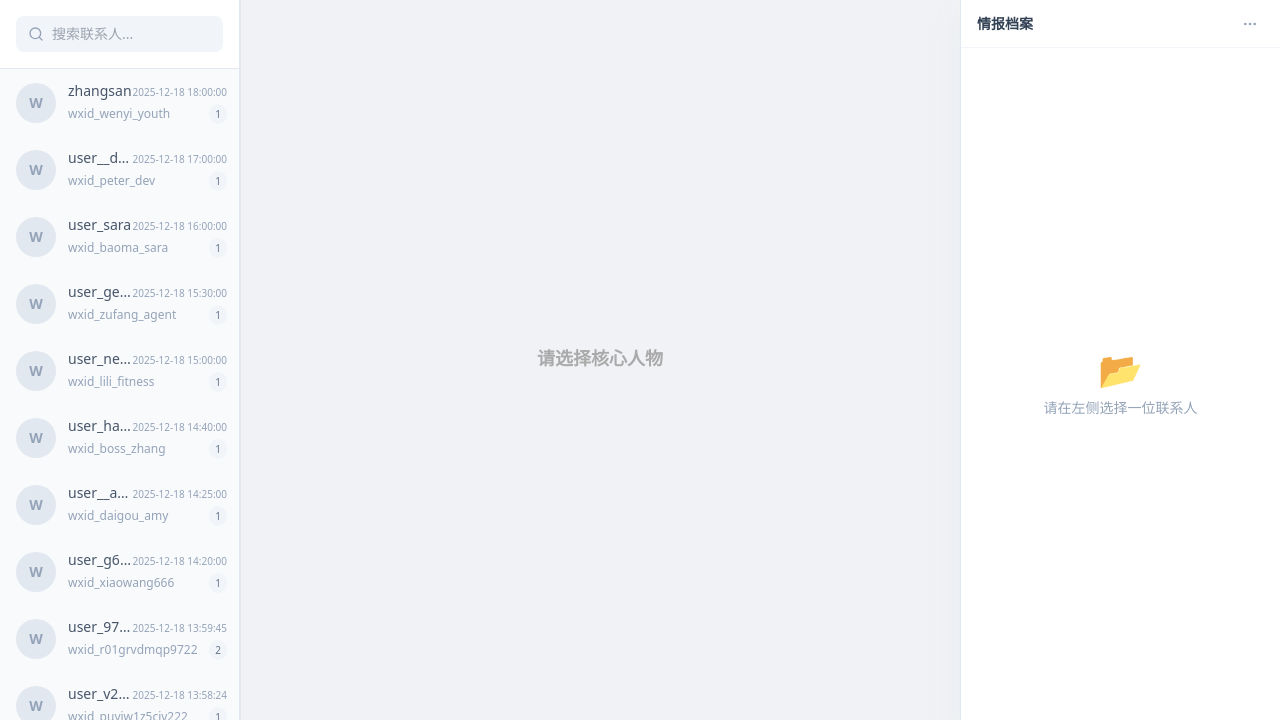
Repository: j76m8bhfny-a11y/wechatGalaxy
Page: / (app in client-radar/)
These files come from the project's save history. The page is drawn as it stood at one moment and after the next save; the edit follows.
The browser window is 1280 px wide. The pictures show the whole page.
The project was rebuilt for these pictures with package versions that can differ from the ones it lists, and the page was loaded fresh each time. Also part of the build but not shown: client-radar/vite.config.ts.

Above is the page before, as saved 2025-12-19 13:56:04.

### client-radar/src/main.ts
import { createApp } from "vue";
import { createPinia } from "pinia";
import App from "./App.vue";

// 👇 关键：必须引入这个 CSS 文件！
// 如果你的 CSS 文件在 src/assets/main.css，就写 import "./assets/main.css";
import "./style.css";

const app = createApp(App);
app.use(createPinia()); // 👈 挂载
app.mount("#app");

### client-radar/src/App.vue
<script setup lang="ts">
import { ref } from 'vue';
import Sidebar from "./components/Sidebar.vue";
import Feed from "./components/Feed.vue"; // 👈 新增引入
import GraphLens from "./components/GraphLens.vue";
import { Share2 } from "lucide-vue-next";

// === 1. 状态管理：左右两栏的宽度 ===
const leftWidth = ref(240);
const rightWidth = ref(320);

// 定义最小和最大宽度
const MIN_LEFT = 200;
const MAX_LEFT = 400;
const MIN_RIGHT = 280;
const MAX_RIGHT = 600; // 右侧最大宽度稍微放宽一点，方便看图

// === 2. 核心拖拽逻辑 (保持不变) ===
const isDragging = ref(false);

const startResize = (direction: 'left' | 'right', startEvent: MouseEvent) => {
  startEvent.preventDefault();
  isDragging.value = true;

  const startX = startEvent.clientX;
  const startWidth = direction === 'left' ? leftWidth.value : rightWidth.value;

  const onMouseMove = (moveEvent: MouseEvent) => {
    const deltaX = moveEvent.clientX - startX;

    if (direction === 'left') {
      const newWidth = startWidth + deltaX;
      if (newWidth >= MIN_LEFT && newWidth <= MAX_LEFT) {
        leftWidth.value = newWidth;
      }
    } else {
      const newWidth = startWidth - deltaX;
      if (newWidth >= MIN_RIGHT && newWidth <= MAX_RIGHT) {
        rightWidth.value = newWidth;
      }
    }
  };

  const onMouseUp = () => {
    isDragging.value = false;
    document.removeEventListener('mousemove', onMouseMove);
    document.removeEventListener('mouseup', onMouseUp);
    document.body.style.cursor = '';
  };

  document.addEventListener('mousemove', onMouseMove);
  document.addEventListener('mouseup', onMouseUp);
  document.body.style.cursor = 'col-resize';
};
</script>

<template>
  <div class="flex h-screen w-screen overflow-hidden bg-[#F3F3F3] text-slate-800 font-sans text-sm">

    <div :style="{ width: leftWidth + 'px' }" class="shrink-0 flex flex-col h-full relative">
      <Sidebar />
    </div>

    <div
      class="w-1 hover:w-1.5 h-full cursor-col-resize z-50 flex justify-center items-center group -ml-0.5 hover:bg-blue-500/10 transition-colors"
      @mousedown="(e) => startResize('left', e)"
    >
      <div class="w-[1px] h-full bg-slate-200 group-hover:bg-blue-400 transition-colors"></div>
    </div>

    <main class="flex-1 flex flex-col relative overflow-hidden bg-[#F0F2F5]">
      <GraphLens />
    </main>

    <div
      class="w-1 hover:w-1.5 h-full cursor-col-resize z-50 flex justify-center items-center group -mr-0.5 hover:bg-blue-500/10 transition-colors"
      @mousedown="(e) => startResize('right', e)"
    >
      <div class="w-[1px] h-full bg-slate-200 group-hover:bg-blue-400 transition-colors"></div>
    </div>

    <aside
      :style="{ width: rightWidth + 'px' }"
      class="bg-white border-l border-slate-200 flex flex-col shrink-0 z-10 shadow-xl shadow-slate-200/50"
    >
      <Feed />
    </aside>

  </div>
</template>

<style>
body {
  margin: 0;
  font-family: 'Microsoft YaHei UI', 'Segoe UI', system-ui, sans-serif;
  -webkit-font-smoothing: antialiased;
}
</style>

### client-radar/src/components/Sidebar.vue
<script setup lang="ts">
import { useMomentsStore } from '../stores/moments';
import { useContactsStore } from '../stores/contacts'; // 👈 1. 引入联系人仓库
import { Search } from 'lucide-vue-next';

const store = useMomentsStore();
const contactStore = useContactsStore(); // 👈 2. 启用

const selectContact = (wxid: string) => {
  store.selectedWxid = wxid;
  // 切换联系人时，同时也清空筛选状态，避免逻辑混乱
  store.filterWxid = '';
};
</script>

<template>
  <div class="flex flex-col h-full bg-slate-50 border-r border-slate-200">
    <div class="p-4 border-b border-slate-200 bg-white">
      <div class="relative">
        <Search class="absolute left-3 top-2.5 h-4 w-4 text-slate-400" />
        <input
          type="text"
          placeholder="搜索联系人..."
          class="w-full pl-9 pr-4 py-2 bg-slate-100 border-none rounded-lg text-sm focus:ring-2 focus:ring-blue-500 outline-none transition-all"
        />
      </div>
    </div>

    <div class="flex-1 overflow-y-auto scrollbar-hide">
      <div
        v-for="contact in store.contacts"
        :key="contact.id"
        @click="selectContact(contact.id)"
        :class="['flex items-center p-3 cursor-pointer transition-colors hover:bg-white',
          store.selectedWxid === contact.id ? 'bg-white border-l-4 border-blue-500 shadow-sm' : 'border-l-4 border-transparent text-slate-500']"
      >
        <div :class="['w-10 h-10 rounded-full flex items-center justify-center text-sm font-bold mr-3 shrink-0 transition-colors',
          store.selectedWxid === contact.id ? 'bg-blue-100 text-blue-600' : 'bg-slate-200 text-slate-400']">
          {{ contact.avatar }}
        </div>

        <div class="flex-1 min-w-0">
          <div class="flex justify-between items-baseline mb-0.5">
            <span :class="['font-medium truncate text-sm', store.selectedWxid === contact.id ? 'text-slate-800' : 'text-slate-600']">
              {{ contactStore.getDisplayName(contact.id) }}
            </span>
            <span class="text-[10px] text-slate-400 shrink-0">{{ contact.latestDate }}</span>
          </div>
          <div class="flex justify-between items-center text-xs">
            <span class="truncate text-slate-400 pr-2">
              {{ contact.id }} </span>
            <span class="bg-slate-100 text-slate-500 px-1.5 py-0.5 rounded-full text-[10px] font-medium">
              {{ contact.momentCount }}
            </span>
          </div>
        </div>
      </div>
    </div>
  </div>
</template>

<style scoped>
.scrollbar-hide::-webkit-scrollbar {
  display: none;
}
.scrollbar-hide {
  -ms-overflow-style: none;
  scrollbar-width: none;
}
</style>

### client-radar/src/components/GraphLens.vue
<script setup lang="ts">
import { computed } from 'vue';
import { useMomentsStore, type Moment } from '../stores/moments';
import { useContactsStore } from '../stores/contacts'; // 引入新仓库
import { use } from 'echarts/core';
import { CanvasRenderer } from 'echarts/renderers';
import { GraphChart } from 'echarts/charts';
import { TitleComponent, TooltipComponent, LegendComponent } from 'echarts/components';
import VChart from 'vue-echarts';

use([CanvasRenderer, GraphChart, TitleComponent, TooltipComponent, LegendComponent]);

const store = useMomentsStore();
const contactStore = useContactsStore(); // 启用新仓库

// --- 核心算法 ---
const chartOption = computed(() => {
  const centerId = store.selectedWxid;
  if (!centerId) {
    return { title: { text: '请选择核心人物', left: 'center', top: 'center', textStyle: { color: '#aaa' } } };
  }

  // 1. 构建图谱
  const globalGraph = new Map<string, Set<string>>();
  const edgeWeights = new Map<string, number>();

  const addEdge = (u: string, v: string) => {
    if (u === v) return;
    if (!globalGraph.has(u)) globalGraph.set(u, new Set());
    if (!globalGraph.has(v)) globalGraph.set(v, new Set());
    globalGraph.get(u)!.add(v);
    globalGraph.get(v)!.add(u);

    const key = u < v ? `${u}-${v}` : `${v}-${u}`;
    edgeWeights.set(key, (edgeWeights.get(key) || 0) + 1);
  };

  const moments = store.moments || [];
  moments.forEach((m: Moment) => {
    const author = m.author_wxid;
    if (m.interactions?.likes) {
      m.interactions.likes.forEach(user => { if (user.wxid) addEdge(author, user.wxid); });
    }
    if (m.interactions?.comments) {
      m.interactions.comments.forEach(comment => { if (comment.wxid) addEdge(author, comment.wxid); });
    }
  });

  // 2. BFS
  const MAX_LEVEL = 6;
  const MAX_NODES = 150;
  const visited = new Map<string, number>();
  const queue: { id: string, level: number }[] = [];

  queue.push({ id: centerId, level: 0 });
  visited.set(centerId, 0);
  const validNodeIds = new Set<string>();

  while (queue.length > 0) {
    const { id, level } = queue.shift()!;
    if (validNodeIds.size >= MAX_NODES) break;
    validNodeIds.add(id);

    if (level < MAX_LEVEL) {
      const neighbors = globalGraph.get(id);
      if (neighbors) {
        neighbors.forEach(neighborId => {
          if (!visited.has(neighborId)) {
            visited.set(neighborId, level + 1);
            queue.push({ id: neighborId, level: level + 1 });
          }
        });
      }
    }
  }

  // 3. 生成数据
  const resultNodes: any[] = [];
  const resultLinks: any[] = [];

  validNodeIds.forEach(id => {
    const level = visited.get(id)!;
    const isCenter = level === 0;
    const isSelected = store.filterWxid === id;

    let size = 15;
    if (level === 0) size = 65;
    else if (level === 1) size = 45;
    else if (level === 2) size = 28;

    // ✅ 关键：使用 Store 获取真名
    const displayName = contactStore.getDisplayName(id);

    resultNodes.push({
      id: id,
      name: displayName, // ECharts 显示的名字
      originalId: id,    // 原始 ID
      symbolSize: size,
      value: `Level ${level}`,
      category: level,
      label: {
        show: level <= 1 || isSelected,
        fontSize: isCenter ? 12 : 10,
        fontWeight: isCenter ? 'bold' : 'normal',
        color: isCenter ? '#fff' : '#333'
      },
      itemStyle: {
        color: isSelected ? '#f97316' : null,
        shadowBlur: isSelected ? 10 : 0,
        shadowColor: '#f97316'
      }
    });
  });

  // 4. 生成连线
  const linkSet = new Set<string>();
  validNodeIds.forEach(source => {
    const neighbors = globalGraph.get(source);
    if (neighbors) {
      neighbors.forEach(target => {
        if (validNodeIds.has(target)) {
          const key = source < target ? `${source}-${target}` : `${target}-${source}`;
          if (!linkSet.has(key)) {
            linkSet.add(key);
            const weight = edgeWeights.get(key) || 1;
            const lineWidth = Math.min(1 + (weight - 1) * 0.5, 6);
            const opacity = Math.min(0.3 + (weight * 0.1), 1);

            resultLinks.push({
              source, target,
              lineStyle: { width: lineWidth, opacity: opacity, curveness: 0.1, color: '#64748b' },
              value: weight
            });
          }
        }
      });
    }
  });

  return {
    color: ['#1e40af', '#3b82f6', '#93c5fd', '#94a3b8', '#94a3b8', '#94a3b8'],
    tooltip: { trigger: 'item' },
    legend: { show: true, bottom: 5, data: ['核心 (You)', '1级好友', '2级人脉', '3级+ 路人'], textStyle: { color: '#666', fontSize: 10 } },
    series: [
      {
        type: 'graph',
        layout: 'force',
        data: resultNodes,
        links: resultLinks,
        categories: [{ name: '核心 (You)' }, { name: '1级好友' }, { name: '2级人脉' }, { name: '3级+ 路人' }, { name: '3级+ 路人' }, { name: '3级+ 路人' }],
        roam: true,
        draggable: true,
        force: { repulsion: 200, gravity: 0.08, edgeLength: [40, 100], layoutAnimation: true },
        emphasis: { focus: 'adjacency', lineStyle: { width: 4, color: '#f59e0b', opacity: 1 } }
      }
    ]
  };
});

// --- 交互逻辑 ---
const handleNodeClick = (params: any) => {
  if (params.dataType === 'node') {
    const clickedWxid = params.data.originalId;
    if (clickedWxid === store.selectedWxid || clickedWxid === store.filterWxid) {
      store.filterWxid = '';
    } else {
      store.filterWxid = clickedWxid;
    }
  }
};

const handleBlankClick = () => {
  if (store.filterWxid) store.filterWxid = '';
};
</script>

<template>
  <div class="w-full h-full relative bg-[#F0F2F5] flex flex-col overflow-hidden">
    <div v-if="store.selectedWxid" class="absolute top-3 left-3 z-10 pointer-events-none select-none">
      <div class="bg-white/90 backdrop-blur px-3 py-2 rounded-lg border border-slate-200 shadow-sm">
        <div class="text-[10px] text-slate-400 font-bold uppercase tracking-wider">FILTER MODE</div>
        <div class="text-sm font-bold text-slate-800 truncate max-w-[150px]">{{ contactStore.getDisplayName(store.selectedWxid) }}</div>

        <div v-if="store.filterWxid" class="mt-1 flex items-center space-x-1 animate-pulse">
           <span class="text-[10px] text-orange-500 font-bold">🔍 仅显示与 {{ contactStore.getDisplayName(store.filterWxid) }} 的互动</span>
        </div>
        <div v-else class="mt-1 text-[10px] text-slate-400">
           显示全部动态
        </div>
      </div>
    </div>

    <v-chart
      class="chart-canvas"
      :option="chartOption"
      autoresize
      @click="handleNodeClick"
      @zr:click="handleBlankClick"
    />
  </div>
</template>

<style scoped>
.chart-canvas {
  width: 100%;
  height: 100%;
}
</style>

### client-radar/src/stores/moments.ts
import { defineStore } from 'pinia';
import { ref, computed, shallowRef } from 'vue';
import rawData from '../assets/moments_full.json';

// --- 类型定义 ---
export interface Interaction {
  wxid: string;
  time?: string;
  content?: string;
}

export interface Moment {
  id: string;
  author_wxid: string;
  timestamp: number;
  date: string;
  content: {
    text: string;
    media: any[];
  };
  interactions: {
    likes: Interaction[];
    comments: Interaction[];
  };
}

export interface Contact {
  id: string;
  name: string;
  avatar: string;
  momentCount: number;
  latestDate: string;
}

// --- Store ---
export const useMomentsStore = defineStore('moments', () => {
  const moments = shallowRef<Moment[]>(rawData as any as Moment[]);

  // 1. 当前选中的核心人物 (Author)
  const selectedWxid = ref<string>('');

  // 2. 🆕 新增：当前选中的互动者 (用于筛选右侧内容)
  // 如果为空，显示所有朋友圈；如果不为空，只显示和他有关的
  const filterWxid = ref<string>('');

  // 3. 计算联系人列表 (侧边栏用)
  const contacts = computed(() => {
    const map = new Map<string, Contact>();
    moments.value.forEach((m) => {
      const wxid = m.author_wxid;
      if (!map.has(wxid)) {
        map.set(wxid, {
          id: wxid,
          name: wxid,
          avatar: wxid.substring(0, 1).toUpperCase(),
          momentCount: 0,
          latestDate: m.date
        });
      }
      const contact = map.get(wxid)!;
      contact.momentCount++;
      if (m.date > contact.latestDate) contact.latestDate = m.date;
    });
    return Array.from(map.values()).sort((a, b) => b.latestDate.localeCompare(a.latestDate));
  });

  // 4. 获取当前核心人物的所有朋友圈
  const currentMoments = computed(() => {
    if (!selectedWxid.value) return [];
    return moments.value.filter((m) => m.author_wxid === selectedWxid.value);
  });

  // 5. 🆕 新增：过滤后的展示列表 (Feed 用)
  const filteredMoments = computed(() => {
    // 如果没有核心人物，返回空
    if (!selectedWxid.value) return [];

    // 基础列表：核心人物的所有朋友圈
    const baseList = currentMoments.value;

    // 如果没有设置筛选人，直接返回全部
    if (!filterWxid.value) return baseList;

    // 核心逻辑：只保留 filterWxid 参与互动的条目
    const targetId = filterWxid.value;
    return baseList.filter(m => {
      const hasLike = m.interactions?.likes?.some(u => u.wxid === targetId);
      const hasComment = m.interactions?.comments?.some(u => u.wxid === targetId);
      return hasLike || hasComment;
    });
  });

  return {
    moments,
    contacts,
    selectedWxid,
    filterWxid,      // 导出给组件用
    currentMoments,
    filteredMoments  // 导出给 Feed 用
  };
});

### client-radar/src/stores/contacts.ts
import { defineStore } from 'pinia';
import { ref } from 'vue';
import { invoke } from '@tauri-apps/api/core'; // Tauri v2 调用核心

// 默认还是先加载个空的或静态的，以防数据库没连上
import mockData from '../assets/contacts_map.json';

interface DbContact {
  username: string;
  remark: string;
  nickname: string;
}

export const useContactsStore = defineStore('contacts', () => {
  // 1. 联系人映射表
  const contactMap = ref<Record<string, string>>({ ...mockData });
  const isLoading = ref(false);
  const errorMsg = ref('');

  // 2. 核心：从数据库导入
  const importFromDb = async (dbPath: string) => {
    if (!dbPath) return;

    isLoading.value = true;
    errorMsg.value = '';

    try {
      console.log('正在读取数据库:', dbPath);
      // 调用 Rust 后端
      const res = await invoke<DbContact[]>('read_contacts_from_db', { dbPath });
      console.log(`成功读取 ${res.length} 个联系人`);

      // 转换数据格式：优先用 Remark，其次用 NickName
      const newMap: Record<string, string> = {};
      res.forEach(c => {
        if (c.remark) {
          newMap[c.username] = c.remark;
        } else if (c.nickname) {
          newMap[c.username] = c.nickname;
        }
      });

      // 合并到现有 Map (或者直接覆盖 contactMap.value = newMap)
      Object.assign(contactMap.value, newMap);

    } catch (e) {
      console.error('数据库读取失败:', e);
      errorMsg.value = String(e);
    } finally {
      isLoading.value = false;
    }
  };

  // 3. 获取显示名称
  const getDisplayName = (wxid: string): string => {
    if (!wxid) return '未知用户';
    if (contactMap.value[wxid]) return contactMap.value[wxid];
    if (wxid.length > 10) return `user_${wxid.substring(wxid.length - 4)}`;
    return wxid;
  };

  return {
    contactMap,
    isLoading,
    errorMsg,
    getDisplayName,
    importFromDb
  };
});

Loaded but not shown: client-radar/index.html (common file); client-radar/src/style.css (common file); client-radar/tailwind.config.js (common file); client-radar/src/assets/moments_full.json (5575 lines, source omitted); client-radar/src/assets/contacts_map.json (7 lines, source omitted); client-radar/src/components/Feed.vue (192 lines, source omitted)

After the next save:
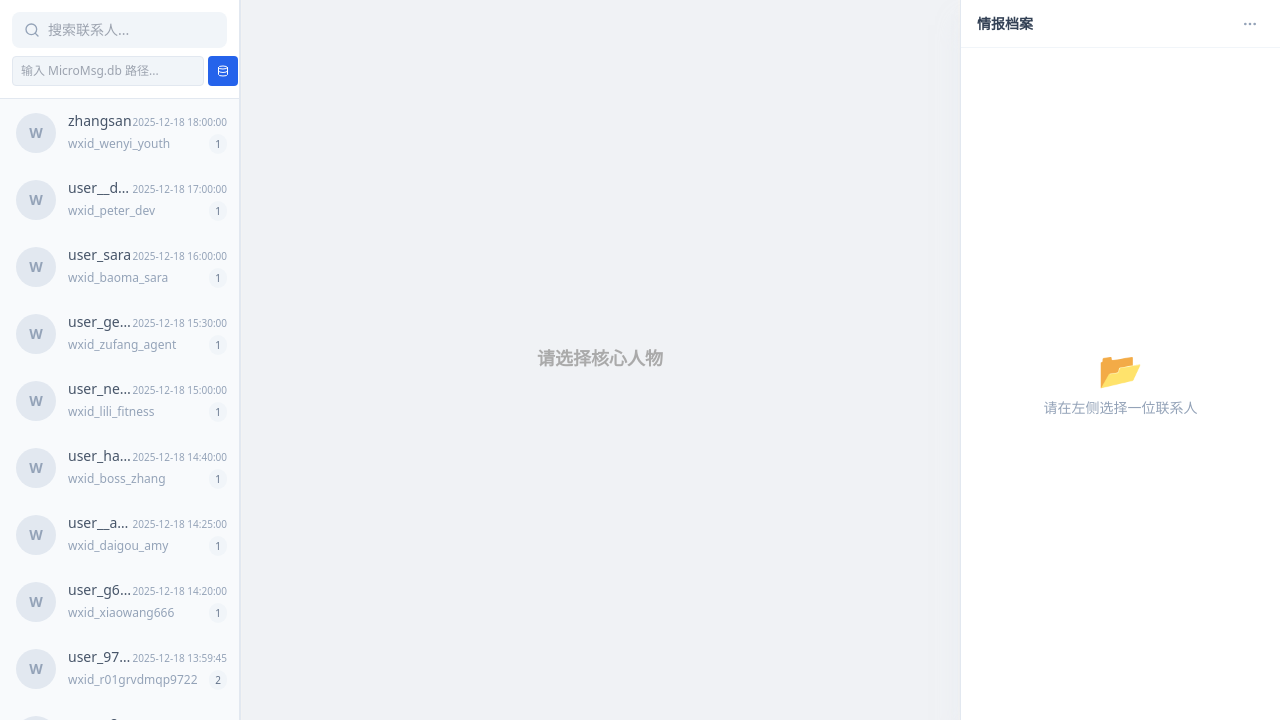
Saved 64 s later.
--- a/client-radar/src/components/Sidebar.vue
+++ b/client-radar/src/components/Sidebar.vue
@@ -1,21 +1,32 @@
 <script setup lang="ts">
+import { ref } from 'vue';
 import { useMomentsStore } from '../stores/moments';
-import { useContactsStore } from '../stores/contacts'; // 👈 1. 引入联系人仓库
-import { Search } from 'lucide-vue-next';
+import { useContactsStore } from '../stores/contacts';
+import { Search, Database, Loader2 } from 'lucide-vue-next'; // 引入图标
 
 const store = useMomentsStore();
-const contactStore = useContactsStore(); // 👈 2. 启用
+const contactStore = useContactsStore();
+
+// 🟢 这里填你解密后的 MicroMsg.db 的绝对路径
+// 注意：Windows路径要转义，例如 "C:\\Users\\xxx\\MicroMsg.db"
+const dbPathInput = ref('');
+
+const handleImport = async () => {
+  if(!dbPathInput.value) return;
+  await contactStore.importFromDb(dbPathInput.value);
+};
 
 const selectContact = (wxid: string) => {
   store.selectedWxid = wxid;
-  // 切换联系人时，同时也清空筛选状态，避免逻辑混乱
   store.filterWxid = '';
 };
 </script>
 
 <template>
   <div class="flex flex-col h-full bg-slate-50 border-r border-slate-200">
-    <div class="p-4 border-b border-slate-200 bg-white">
+
+    <div class="p-3 border-b border-slate-200 bg-white space-y-2">
+
       <div class="relative">
         <Search class="absolute left-3 top-2.5 h-4 w-4 text-slate-400" />
         <input
@@ -24,6 +35,28 @@ const selectContact = (wxid: string) => {
           class="w-full pl-9 pr-4 py-2 bg-slate-100 border-none rounded-lg text-sm focus:ring-2 focus:ring-blue-500 outline-none transition-all"
         />
       </div>
+
+      <div class="flex space-x-1">
+        <input
+          v-model="dbPathInput"
+          type="text"
+          placeholder="输入 MicroMsg.db 路径..."
+          class="flex-1 px-2 py-1.5 bg-slate-100 border border-slate-200 rounded text-xs focus:ring-1 focus:ring-blue-500 outline-none"
+        />
+        <button
+          @click="handleImport"
+          :disabled="contactStore.isLoading"
+          class="px-2 py-1.5 bg-blue-600 text-white rounded hover:bg-blue-700 disabled:bg-blue-300 transition-colors flex items-center justify-center min-w-[30px]"
+          title="从数据库加载通讯录"
+        >
+          <Loader2 v-if="contactStore.isLoading" class="h-3 w-3 animate-spin" />
+          <Database v-else class="h-3 w-3" />
+        </button>
+      </div>
+      <div v-if="contactStore.errorMsg" class="text-[10px] text-red-500 px-1">
+        {{ contactStore.errorMsg }}
+      </div>
+
     </div>
 
     <div class="flex-1 overflow-y-auto scrollbar-hide">
@@ -38,7 +71,6 @@ const selectContact = (wxid: string) => {
           store.selectedWxid === contact.id ? 'bg-blue-100 text-blue-600' : 'bg-slate-200 text-slate-400']">
           {{ contact.avatar }}
         </div>
-
         <div class="flex-1 min-w-0">
           <div class="flex justify-between items-baseline mb-0.5">
             <span :class="['font-medium truncate text-sm', store.selectedWxid === contact.id ? 'text-slate-800' : 'text-slate-600']">
@@ -48,7 +80,8 @@ const selectContact = (wxid: string) => {
           </div>
           <div class="flex justify-between items-center text-xs">
             <span class="truncate text-slate-400 pr-2">
-              {{ contact.id }} </span>
+              {{ contact.id }}
+            </span>
             <span class="bg-slate-100 text-slate-500 px-1.5 py-0.5 rounded-full text-[10px] font-medium">
               {{ contact.momentCount }}
             </span>
